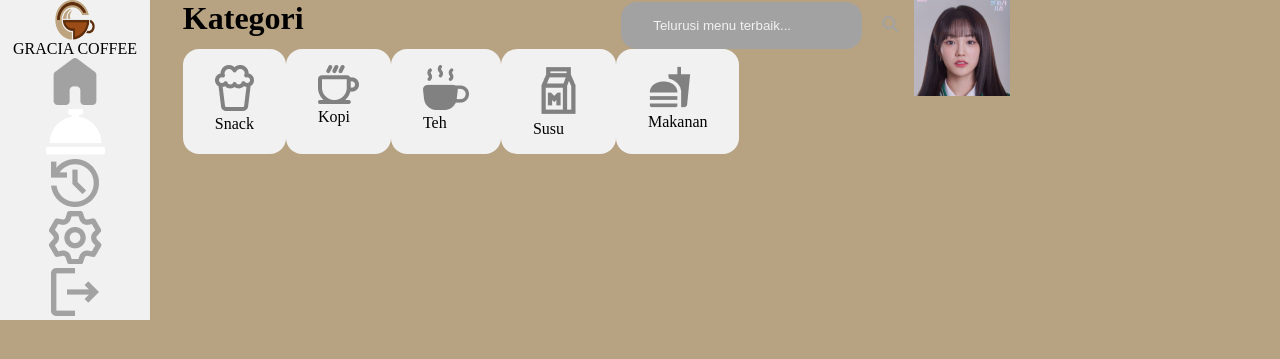
Repository: DanielChuaaa/sbd2
Page: index.html
These files come from the project's save history. The page is drawn as it stood at one moment and after the next save; the edit follows.
The browser window is 1280 px wide. The pictures show the whole page.
Some web libraries are served in a nearby version.

Above is the page before, as saved 2023-10-20 10:50:16.

After the next save:
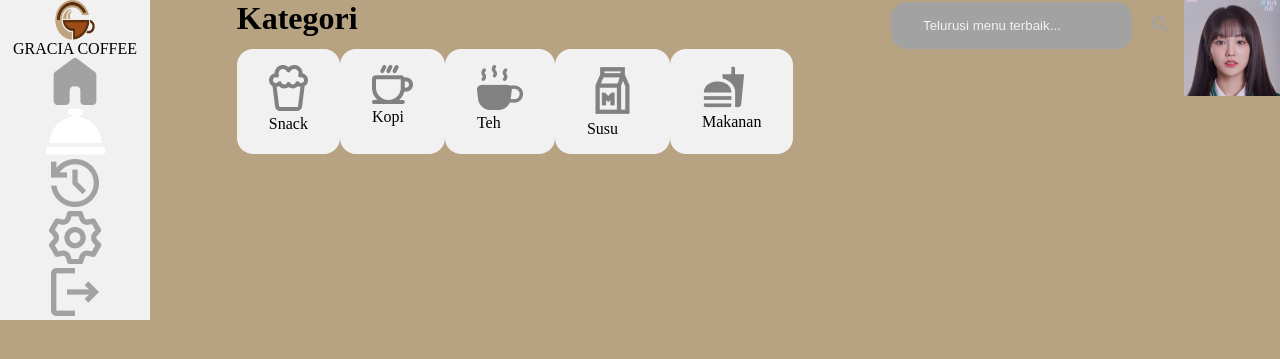
Saved 6 s later.
--- a/style.css
+++ b/style.css
@@ -26,7 +26,7 @@ body{
 
 .grid-wrapper{
     display: grid;
-    grid-template-columns: 0.5fr 2fr 1fr;
+    grid-template-columns: 0.5fr 2fr auto;
 }
 
 .icon{
